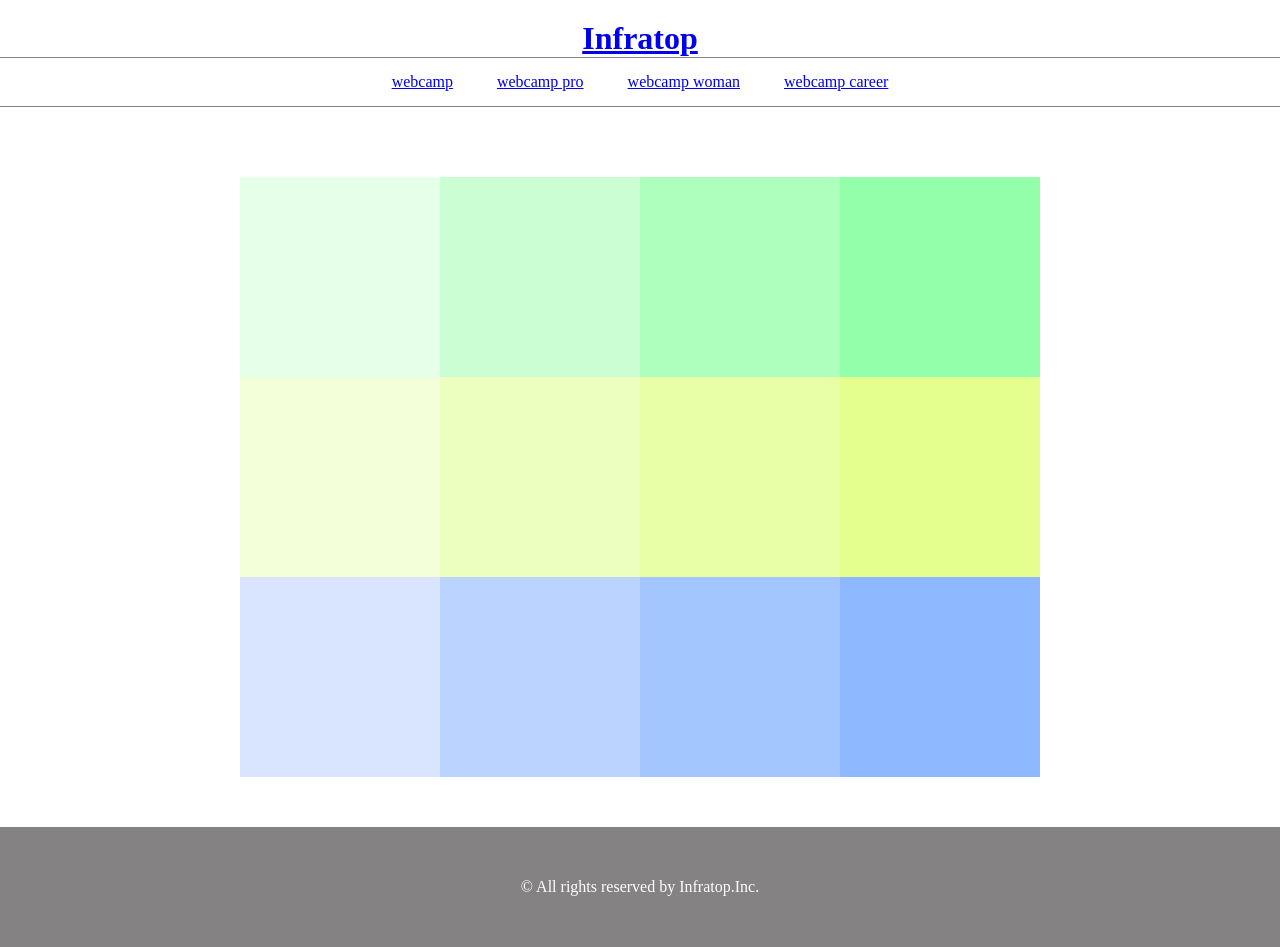
Repository: tkikokiko/webcamp-practice
Page: 1-5/index1-5.html
The author's editor kept a record of every edit. The page is drawn from the files as they stood at one moment, then again after the next edit.
The browser window is 1280 px wide. The pictures show the whole page.

Above is the page before.

After the next edit:
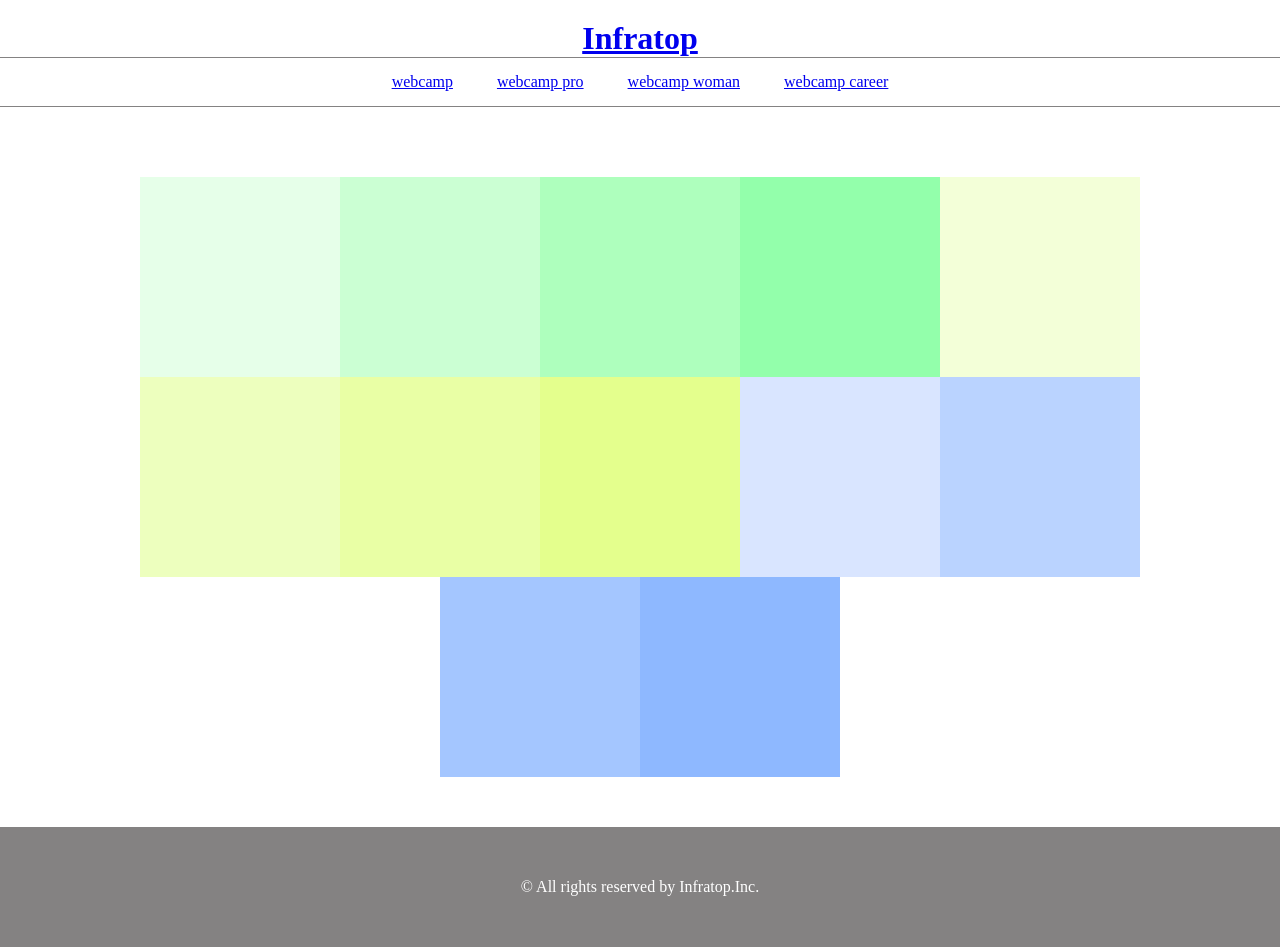
The edit:
--- a/1-5/style1-5.css
+++ b/1-5/style1-5.css
@@ -33,8 +33,8 @@
 }
 
 .main {
-  width: 900px;
-  height: 700px;
+  /*width: 900px;*/
+  /*height: 700px;*/
   display: flex;
   justify-content: center;
   margin: 0 auto;
